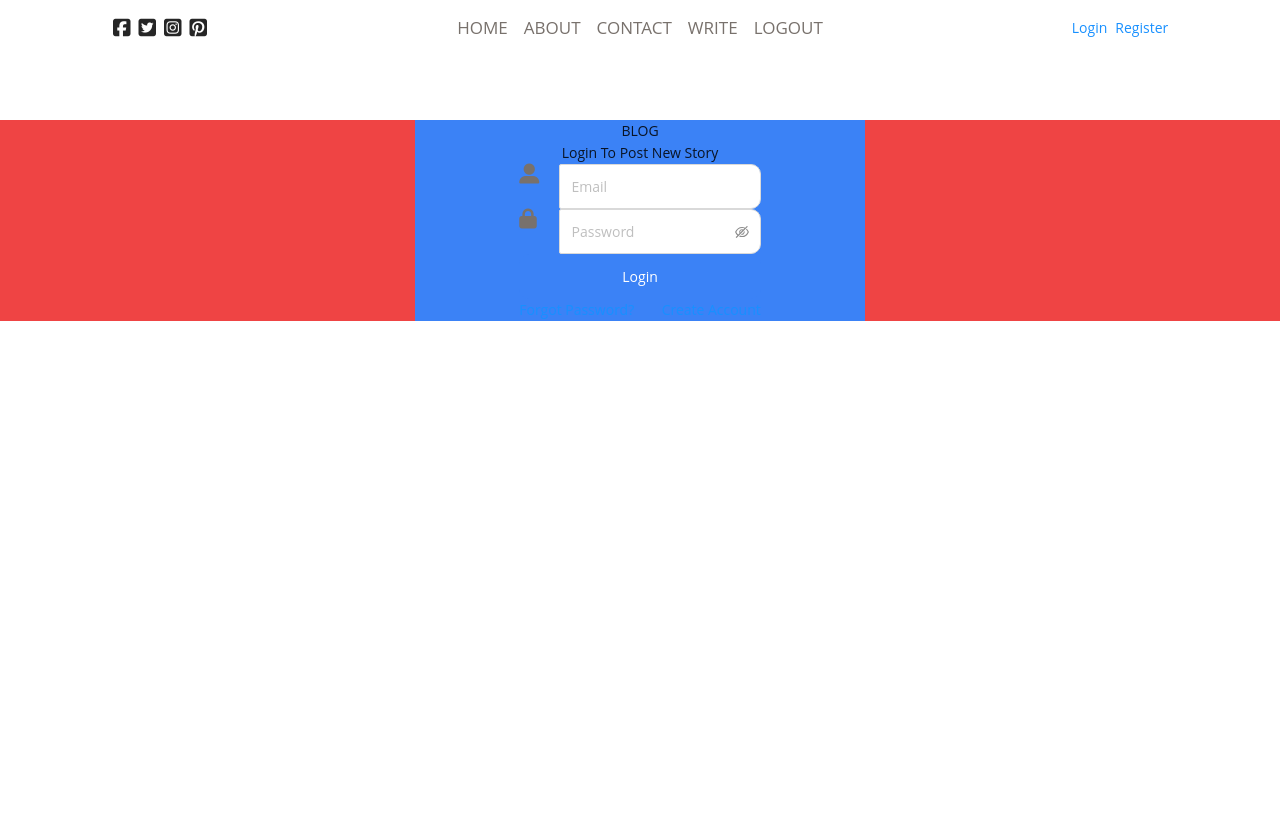
Repository: truongnguyenuit/Blog_App_ver2
Page: /login (app in client/)
The author's editor kept a copy of each file at every save. The page is drawn from the files as they stood at one save, then again after the next save.
The browser window is 1280 px wide. The pictures show the whole page.
Some web libraries are served in a nearby version. The project was rebuilt for these pictures with package versions that can differ from the ones it lists, and the page was loaded fresh each time. Also part of the build but not shown: client/src/components/AboutComponent.js, client/src/pages/HomePage.js, client/src/pages/RegisterPage.js.

Above is the page before, as saved 2022-07-18 11:37:50.

After the next save:
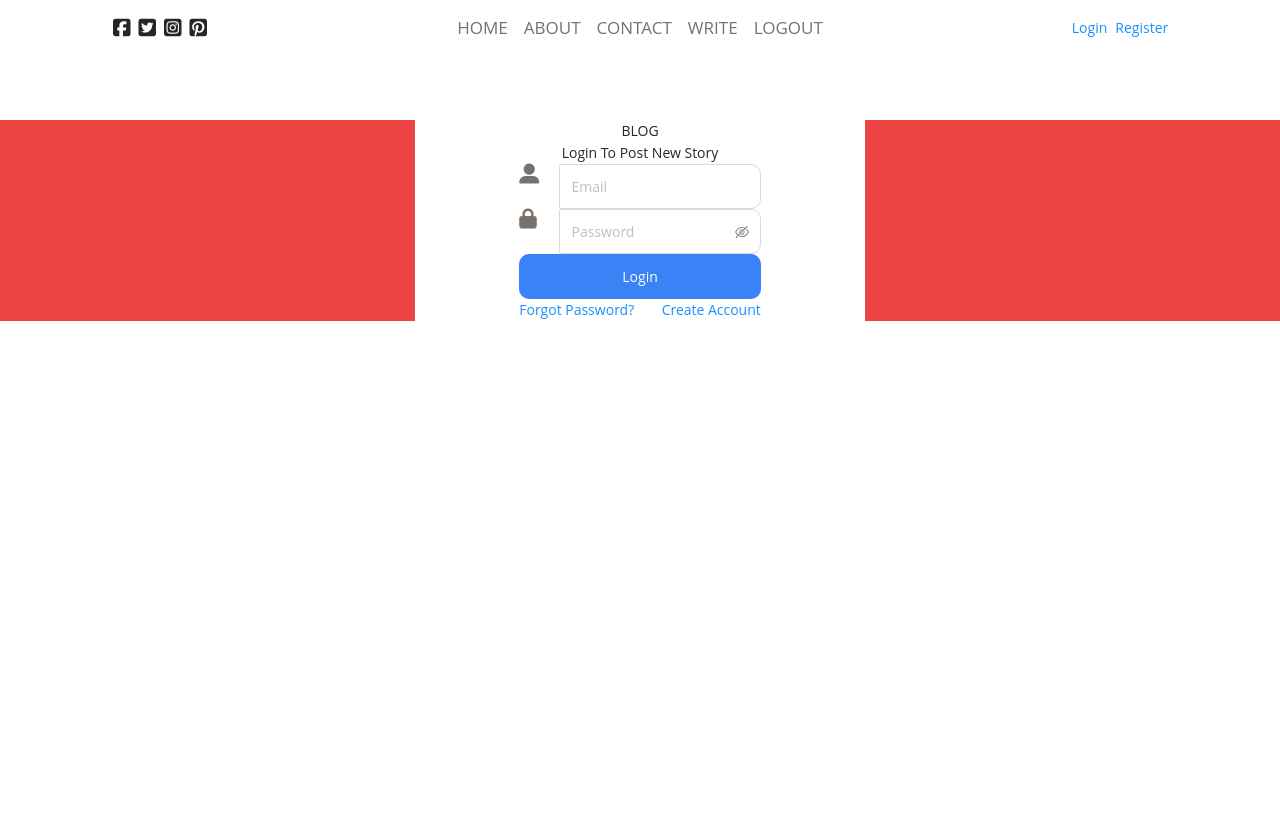
Saved 16 s later.
--- a/client/src/pages/LoginPage.js
+++ b/client/src/pages/LoginPage.js
@@ -5,7 +5,7 @@ import { Link, useNavigate } from "react-router-dom";
 const LoginPage = () => {
   return (
     <div className='bg-red-500  mt-[120px] flex justify-center'>
-      <div className="bg-blue-500 w-[450px] flex flex-col items-center">
+      <div className="bg-white w-[450px] flex flex-col items-center">
         <span>
           BLOG
         </span>
